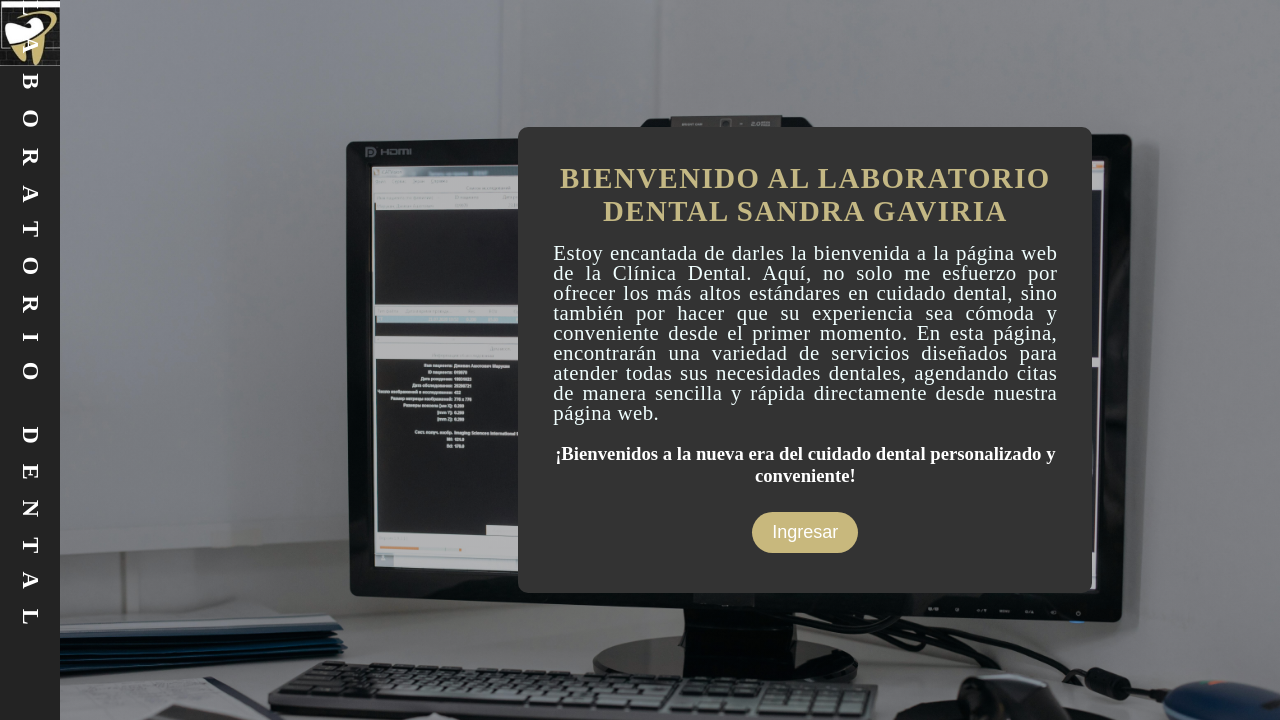
Repository: IIntef/ProyectoDental2.0
Page: Proyecto/Proyecto/Fer.html
The author's editor kept a copy of each file at every save. The page is drawn from the files as they stood at one save, then again after the next save.
The browser window is 1280 px wide. The pictures show the whole page.

Above is the page before, as saved 2024-06-18 14:06:46.

### Proyecto/Proyecto/Fer.html
<!DOCTYPE html>
<html lang="en">
<head>
    <meta charset="UTF-8">
    <meta name="viewport" content="width=device-width, initial-scale=1.0">
    <title>Inicio</title>
    <link rel="stylesheet" href="StyleFer.css">
</head>
<body>
    <header>
        <img src="Logo.jpeg" alt="Logo Laboratorio Dental">
        <h1>LABORATORIO DENTAL</h1>
    </header>
    <main>
        <div class="container">
        <h2>BIENVENIDO AL LABORATORIO DENTAL SANDRA GAVIRIA</h2>
        <P>Estoy encantada de darles la bienvenida a la página web de la Clínica Dental. Aquí, no solo me esfuerzo por ofrecer los más altos estándares
        en cuidado dental, sino también por hacer que su experiencia sea cómoda y conveniente desde el primer momento.
        En esta página, encontrarán una variedad de servicios diseñados para atender todas sus necesidades dentales, agendando citas de manera sencilla y rápida directamente desde nuestra página web. </P>
        <h3>¡Bienvenidos a la nueva era del cuidado dental personalizado y conveniente!</h3>
        <div class="buttons">
        <button id="Ingresar">Ingresar</button>
        </div>
    </div>
    </main>
</body>
</html>

### Proyecto/Proyecto/StyleFer.css
header{
    position: relative;
    background-color: #232323;
    width: fit-content;
    height: 100vh;
    display: flex;
    flex-direction: column;
    align-items: center;
    justify-content: space-between;
    z-index: 1;
}

header h1 {
        /* Estilos para ocupar todo el espacio */
        position: absolute;
        margin: auto;
        text-align: center;

        /* Estilos para texto vertical */
        writing-mode: vertical-rl;
        letter-spacing: 20px;
        font-size: clamp(1rem, 2.5vw, 1.5rem);
        transform: rotate(0deg);

        /* Otros estilos */
        color: #fff;
        font-weight: bold;
    }


header img {
    width: 8vw;
    max-width: 60px;
}

main{
    width: 100%;
    justify-content:center;
    align-items: center;
    margin-left: calc(55% - 6.5cm);
}

.container{
    flex: 1;
    background-color: #333;
    color: #ffffff;
    padding: 35px;
    text-align: center;
    width: 70vw;
    max-width: 70vh;
    border-radius: 10px;
}
body {
    padding: 0;
    margin: 0;
    font-family: 'Times New Roman', Times, serif, Helvetica, Arial, sans-serif;
    display: flex;
    align-items: center;
    min-height: 100%;
    background: linear-gradient(rgba(5,7,12,0.3), rgba(5,7,12,0.3)), url("Fondo.jpg"), no-repeat center center fixed;
    width: 100%;
    background-size: cover;
}

h1{
    margin: 0;
    color: white;
    font-family: 'Fredoka One';
    letter-spacing: 1.5px;
    font-size: clamp(1.5rem, 2.5vw, 2rem);
    text-align: center;
}

h2{
    margin: 0;
    color: #c4b884;
    font-family: 'Fredoka One';
    letter-spacing: 1.5px;
    font-size: clamp(1.2rem, 2.5vw, 1.8rem);
    text-align:center;
}

h3{
    color: #ffffff;
}

p{
    font-weight: 100;
    line-height: 20px;
    letter-spacing: 0.5px;
    margin: 15px 0 20px;
    font-size: clamp(1.2rem, 2.5vw, 1.3rem);
    text-align: justify;
    color:azure;
}


.buttons {
    margin-top: 20px;
    align-items: center;
}

button {
    font-size: large;
    background-color: #c8b87d;
    color: #ffffff;
    border: none;
    padding: 10px 20px;
    margin: 5px;
    cursor: pointer;
    border-radius: 30px; /* Bordes redondos */
    transition: background-color 0.3s; /* Transición suave del color de fondo */
}

button:hover {
    background-color: #c4b884; /* Cambia el color al pasar el cursor */
}

After the next save:
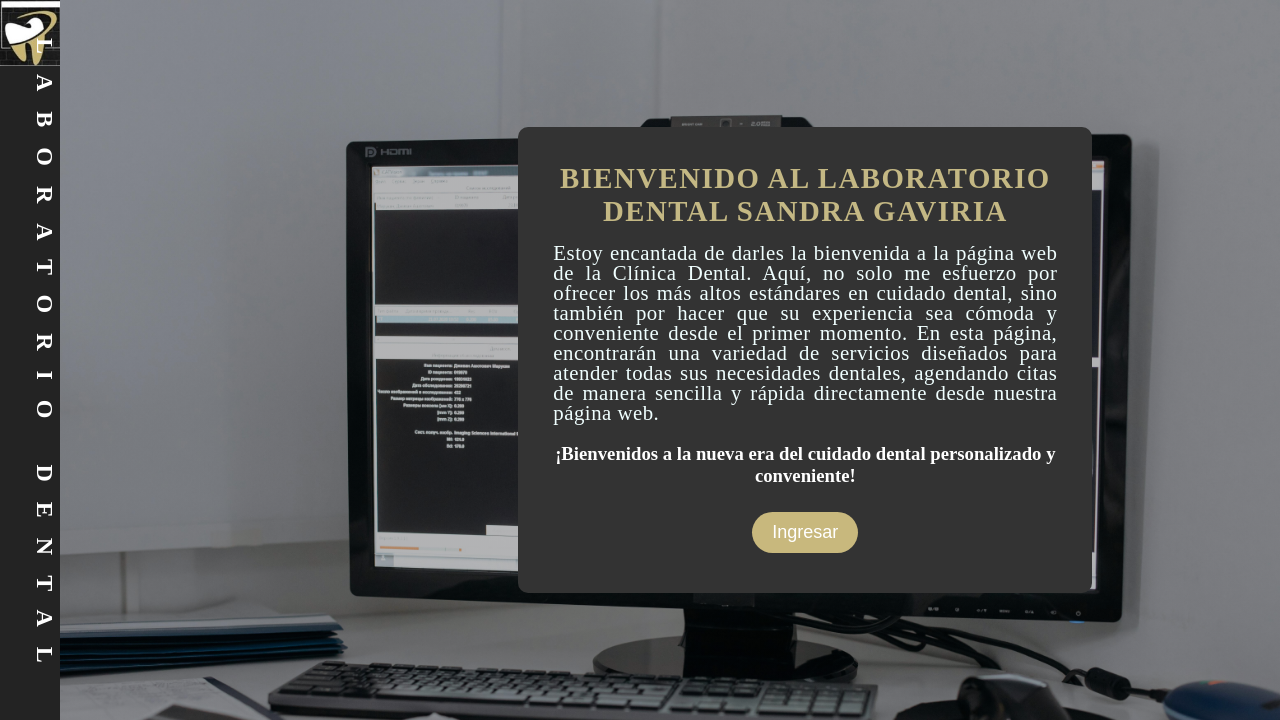
Saved 24 s later.
--- a/Proyecto/Proyecto/StyleFer.css
+++ b/Proyecto/Proyecto/StyleFer.css
@@ -13,8 +13,12 @@ header{
 header h1 {
         /* Estilos para ocupar todo el espacio */
         position: absolute;
-        margin: auto;
-        text-align: center;
+        top: 0;
+        bottom: 0;
+        left: 0;
+        right: 0;
+        margin: 2px;
+
 
         /* Estilos para texto vertical */
         writing-mode: vertical-rl;
